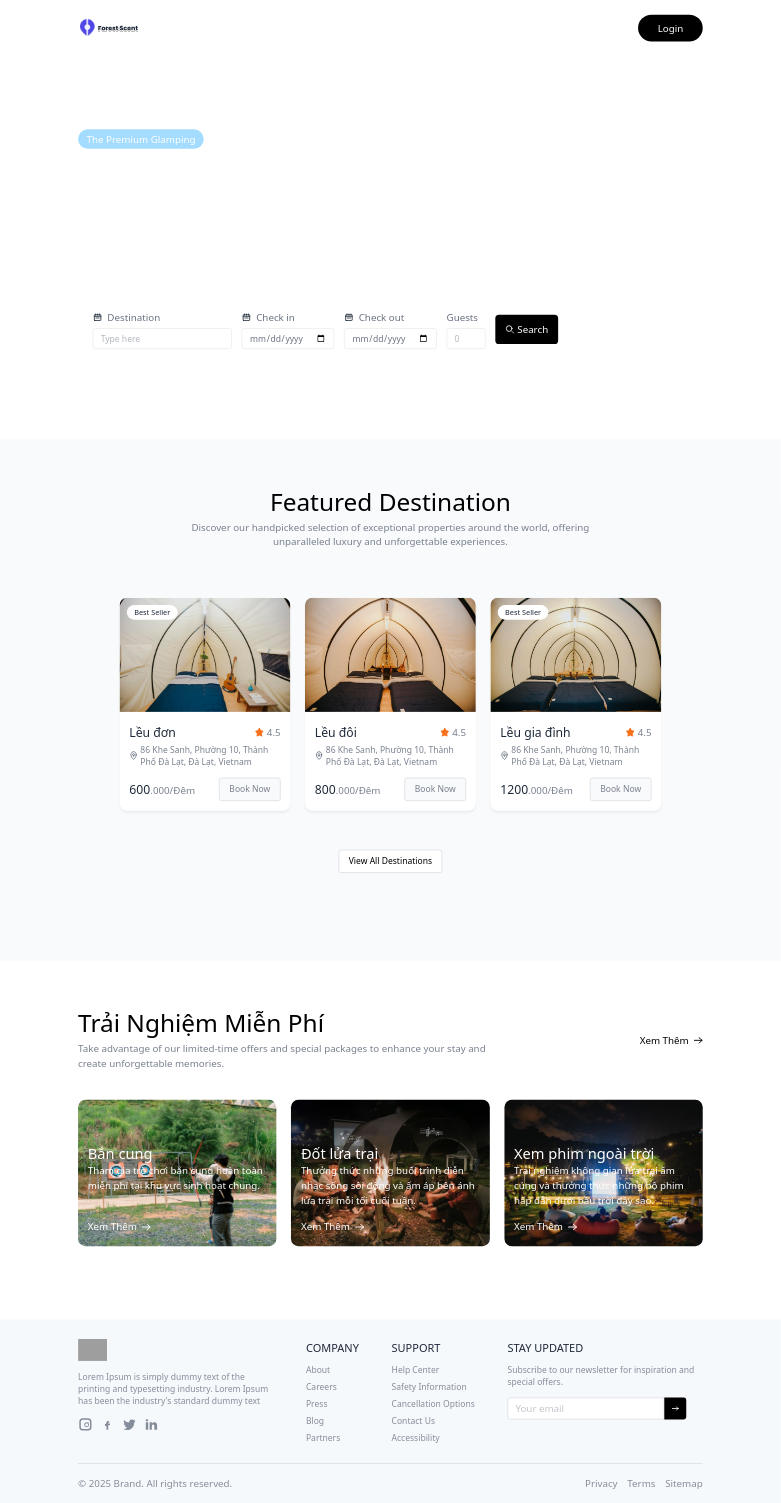
Repository: Ponn-Star/My-App
Page: / (app in FrontEnd/)
These files come from the project's save history. The page is drawn as it stood at one moment and after the next save; the edit follows.
The browser window is 1280 px wide. The pictures show the whole page, at 61% of full size.
Pictures or frames that could not be fetched are drawn as grey boxes. The page's requests for data from a server got no answer. The project was rebuilt for these pictures with package versions that can differ from the ones it lists, and the page was loaded fresh each time. Some packages were replaced by stand-ins written for this rebuild. No one was signed in, and anything a server would have sent is missing. Also part of the build but not shown: FrontEnd/vite.config.js, FrontEnd/src/assets/assets.js, FrontEnd/src/components/Admin/Navbar.jsx, FrontEnd/src/components/StarRating.jsx, FrontEnd/src/pages/AllRooms.jsx, FrontEnd/src/pages/RoomDetails.jsx, FrontEnd/src/pages/MyBookings.jsx, FrontEnd/src/components/Admin/Sidebar.jsx and 6 more.

Above is the page before, as saved 2025-06-05 17:04:24.

### FrontEnd/index.html
<!doctype html>
<html lang="en">
  <head>
    <meta charset="UTF-8" />
    <link rel="icon" type="image/svg+xml" href="/favicon.svg" />
    <meta name="viewport" content="width=device-width, initial-scale=1.0" />
    <title>Booking</title>
  </head>
  <body>
    <div id="root"></div>
    <script type="module" src="/src/main.jsx"></script>
  </body>
</html>

### FrontEnd/src/main.jsx
import { StrictMode } from 'react'
import { createRoot } from 'react-dom/client'
import './index.css'
import App from './App.jsx'
import { BrowserRouter } from 'react-router-dom'
import { ClerkProvider } from '@clerk/clerk-react'
import { AppProvider } from './conext/AppContext.jsx'

const PUBLISHABLE_KEY = import.meta.env.VITE_CLERK_PUBLISHABLE_KEY

if (!PUBLISHABLE_KEY) {
  throw new Error('Add your Clerk Publishable Key to the .env file')
}

createRoot(document.getElementById('root')).render(
  <ClerkProvider publishableKey={PUBLISHABLE_KEY} afterSignOutUrl="/">
    <BrowserRouter>
      <AppProvider>
        <App />
      </AppProvider>
    </BrowserRouter>
    </ClerkProvider>,
)

### FrontEnd/src/App.jsx
import React from 'react'
import Navbar from './components/Navbar'
import AdminNavbar from './components/Admin/Navbar'
import { Route, Routes, useLocation } from 'react-router-dom'
import Home from './pages/Home'
import AllRooms from './pages/AllRooms';
import RoomDetails from './pages/RoomDetails';
import Footer from './components/Footer';
import MyBookings from './pages/MyBookings';
import Layout from './pages/Admin/Layout';
import Dashboard from './pages/Admin/Dashboard';
import ListRoom from './pages/Admin/ListRoom';
import AddRoom from './pages/Admin/AddRoom';
import AdminRoute from './components/AdminRoute'
import { Toaster } from 'react-hot-toast';
import Loader from './components/Loader'

function App() {

  const location = useLocation();
  const isAdminRoute = location.pathname.startsWith('/admin');

  return (
    <div>
      <Toaster />
      {isAdminRoute ? <AdminNavbar /> : <Navbar />}
      <div className='min-h-[70vh]'>
        <Routes>
        <Route path='/' element={<Home />} />
        <Route path='/rooms' element={<AllRooms />} />
        <Route path='/rooms/:id' element={<RoomDetails />} />
        <Route path='/my-bookings' element={<MyBookings />} />
        <Route path='/loader/:nextUrl' element={<Loader/>} />

        <Route path='/admin' element={<Layout />}>
          <Route index element={
            <AdminRoute>
              <Dashboard />
            </AdminRoute>
          } />
          <Route path='add-room' element={
            <AdminRoute>
              <AddRoom />
            </AdminRoute>
          } />
          <Route path='list-room' element={
            <AdminRoute>
              <ListRoom />
            </AdminRoute>
          } />
        </Route>
      </Routes>
      </div>
      <Footer />
    </div>
  )
}

export default App

### FrontEnd/src/conext/AppContext.jsx
import axios from "axios";
import { createContext, useContext, useState } from "react";
import { useNavigate } from "react-router-dom";
import { useUser, useAuth} from "@clerk/clerk-react";
import { toast } from 'react-hot-toast';
import { useEffect } from "react";


axios.defaults.baseURL = import.meta.env.VITE_BACKEND_URL;

const AppContext = createContext();

export const AppProvider = ({ children }) => {

    const currency = import.meta.env.VITE_CURENCY || ".000 VND";
    const navigate = useNavigate();
    const {user} = useUser();
    const { getToken } = useAuth();

    const [isOwner, setIsOwner] = useState(false)
    const [showRoomReg, setRoomReg] = useState(false)
    const [searchedRoomType, setsearchedRoomType] = useState([])

    const fetchUser = async ()=>{
        try {
            const { data } = await axios.get('/api/user', {
                headers: { Authorization: `Bearer ${await getToken()}` }
            });

            if (data.success) {
                setIsOwner(data.role === "Admin");
                setsearchedRoomType(data.recentSearchedRoomType);
            } else {
                setTimeout(() => {
                fetchUser();
                }, 5000);
            }
            } catch (error) {
                toast.error(error.message)
            }
        }

        useEffect(()=> {
            if(user){
                fetchUser();
            }
        },[user])


  const value = {
        currency, navigate, user, getToken, isOwner, setIsOwner, axios, showRoomReg, setRoomReg, searchedRoomType, setsearchedRoomType
  }

  return (
    <AppContext.Provider value={value}>
      {children}
    </AppContext.Provider>
  )
}

export const useAppContext = ()=> useContext(AppContext);

### FrontEnd/src/pages/Home.jsx
import React from 'react'
import Hero from '../components/Hero'
import FeaturedDestination from '../components/FeaturedDestination'
import ExclusiveOffers from '../components/ExclusiveOffers'
// import Testimonial from '../components/Testimonial'

const Home = () => {
  return (
    <>
      <Hero />
      <FeaturedDestination />
      <ExclusiveOffers />
      {/* <Testimonial /> */}
    </>
  )
}

export default Home

### FrontEnd/src/components/Footer.jsx
import React from 'react'

const Footer = () => {
    return (
        <div className='bg-[#F6F9FC] text-gray-500/80 pt-8 px-6 md:px-16 lg:px-24 xl:px-32'>
            <div className='flex flex-wrap justify-between gap-12 md:gap-6'>
                <div className='max-w-80'>
                    <img src="https://raw.githubusercontent.com/prebuiltui/prebuiltui/main/assets/dummyLogo/dummyLogoColored.svg" alt="logo" className='mb-4 h-8 md:h-9' />
                    <p className='text-sm'>
                        Lorem Ipsum is simply dummy text of the printing and typesetting industry. Lorem Ipsum has been the industry's standard dummy text
                    </p>
                    <div className='flex items-center gap-3 mt-4'>
                        {/* Instagram */}
                        <svg className="w-6 h-6" fill="currentColor" viewBox="0 0 24 24">
                            <path d="M7.75 2A5.75 5.75 0 002 7.75v8.5A5.75 5.75 0 007.75 22h8.5A5.75 5.75 0 0022 16.25v-8.5A5.75 5.75 0 0016.25 2h-8.5zM4.5 7.75A3.25 3.25 0 017.75 4.5h8.5a3.25 3.25 0 013.25 3.25v8.5a3.25 3.25 0 01-3.25 3.25h-8.5a3.25 3.25 0 01-3.25-3.25v-8.5zm9.5 1a4 4 0 11-4 4 4 4 0 014-4zm0 1.5a2.5 2.5 0 102.5 2.5 2.5 2.5 0 00-2.5-2.5zm3.5-.75a.75.75 0 11.75-.75.75.75 0 01-.75.75z" />
                        </svg>
                        {/* Facebook */}
                        <svg className="w-6 h-6" fill="currentColor" viewBox="0 0 24 24">
                            <path d="M13.5 9H15V6.5h-1.5c-1.933 0-3.5 1.567-3.5 3.5v1.5H8v3h2.5V21h3v-7.5H16l.5-3h-3z" />
                        </svg>
                        {/* Twitter */}
                        <svg className="w-6 h-6" fill="currentColor" viewBox="0 0 24 24">
                            <path d="M22 5.92a8.2 8.2 0 01-2.36.65A4.1 4.1 0 0021.4 4a8.27 8.27 0 01-2.6 1A4.14 4.14 0 0016 4a4.15 4.15 0 00-4.15 4.15c0 .32.04.64.1.94a11.75 11.75 0 01-8.52-4.32 4.14 4.14 0 001.29 5.54A4.1 4.1 0 013 10v.05a4.15 4.15 0 003.33 4.07 4.12 4.12 0 01-1.87.07 4.16 4.16 0 003.88 2.89A8.33 8.33 0 012 19.56a11.72 11.72 0 006.29 1.84c7.55 0 11.68-6.25 11.68-11.67 0-.18 0-.35-.01-.53A8.18 8.18 0 0022 5.92z" />
                        </svg>
                        {/* LinkedIn */}
                        <svg className="w-6 h-6" fill="currentColor" viewBox="0 0 24 24">
                            <path d="M4.98 3.5C3.88 3.5 3 4.38 3 5.48c0 1.1.88 1.98 1.98 1.98h.02c1.1 0 1.98-.88 1.98-1.98C6.98 4.38 6.1 3.5 4.98 3.5zM3 8.75h3.96V21H3V8.75zm6.25 0h3.8v1.68h.05c.53-.98 1.82-2.02 3.75-2.02 4.01 0 4.75 2.64 4.75 6.07V21H17v-5.63c0-1.34-.03-3.07-1.88-3.07-1.88 0-2.17 1.47-2.17 2.98V21H9.25V8.75z" />
                        </svg>
                    </div>
                </div>

                <div>
                    <p className='text-lg text-gray-800'>COMPANY</p>
                    <ul className='mt-3 flex flex-col gap-2 text-sm'>
                        <li><a href="#">About</a></li>
                        <li><a href="#">Careers</a></li>
                        <li><a href="#">Press</a></li>
                        <li><a href="#">Blog</a></li>
                        <li><a href="#">Partners</a></li>
                    </ul>
                </div>

                <div>
                    <p className='text-lg text-gray-800'>SUPPORT</p>
                    <ul className='mt-3 flex flex-col gap-2 text-sm'>
                        <li><a href="#">Help Center</a></li>
                        <li><a href="#">Safety Information</a></li>
                        <li><a href="#">Cancellation Options</a></li>
                        <li><a href="#">Contact Us</a></li>
                        <li><a href="#">Accessibility</a></li>
                    </ul>
                </div>

                <div className='max-w-80'>
                    <p className='text-lg text-gray-800'>STAY UPDATED</p>
                    <p className='mt-3 text-sm'>
                        Subscribe to our newsletter for inspiration and special offers.
                    </p>
                    <div className='flex items-center mt-4'>
                        <input type="text" className='bg-white rounded-l border border-gray-300 h-9 px-3 outline-none' placeholder='Your email' />
                        <button className='flex items-center justify-center bg-black h-9 w-9 aspect-square rounded-r'>
                            {/* Arrow icon */}
                            <svg className="w-4 h-4 text-white" aria-hidden="true" xmlns="http://www.w3.org/2000/svg" width="24" height="24" fill="none" viewBox="0 0 24 24"><path stroke="currentColor" strokeLinecap="round" strokeLinejoin="round" strokeWidth="2" d="M19 12H5m14 0-4 4m4-4-4-4" /></svg>
                        </button>
                    </div>
                </div>
            </div>
            <hr className='border-gray-300 mt-8' />
            <div className='flex flex-col md:flex-row gap-2 items-center justify-between py-5'>
                <p>© {new Date().getFullYear()} Brand. All rights reserved.</p>
                <ul className='flex items-center gap-4'>
                    <li><a href="#">Privacy</a></li>
                    <li><a href="#">Terms</a></li>
                    <li><a href="#">Sitemap</a></li>
                </ul>
            </div>
        </div>
    );
};

export default Footer;

### FrontEnd/src/components/Hero.jsx
import React from 'react'
import { roomTypes } from '../assets/assets'

const Hero = () => {
  return (
    <div className='flex flex-col items-start justify-center px-6 md:px-16 lg:px-24 xl:px-32 text-white bg-[url("/src/assets/nen.jpg")] bg-no-repeat bg-cover bg-center h-screen'>
      <p className="bg-[#49B9FF]/50 px-3.5 py-1 rounded-full mt-20">The Premium Glamping</p>
      <h1 className="font-playfair text-2x1 md:text-5x1 md:text-[50px] md:leading-[56px] font-bold md:font-extrabold max-w-xl mt-4">CỰC CHILL CẮM TRẠI BBQ TRƯỚC LỀU!</h1>
      <p className="max-w-170 mt-2 text-sm md:text-base">Giữa rừng thông lặng lẽ, 𝐅𝐨𝐫𝐞𝐬𝐭 𝐒𝐜𝐞𝐧𝐭 𝐆𝐥𝐚𝐦𝐩𝐢𝐧𝐠 & 𝐂𝐚𝐦𝐩𝐢𝐧𝐠 không ồn ào, không vội vã, không deadline. Chỉ cần xách balo lên và để 𝐅𝐨𝐫𝐞𝐬𝐭 𝐒𝐜𝐞𝐧𝐭 lo. Mọi thứ đã sẵn sàng để bạn “nghỉ ngơi” đúng nghĩa</p>

      <form className='bg-white text-gray-500 rounded-lg px-6 py-4 flex flex-col md:flex-row max-md:items-start gap-4 max-md:mx-auto mt-10'>

            <div>
                <div className='flex items-center gap-2'>
                    <svg className="w-4 h-4 text-gray-800" aria-hidden="true" xmlns="http://www.w3.org/2000/svg" width="24" height="24" fill="none" viewBox="0 0 24 24" >
                        <path stroke="currentColor" strokeLinecap="round" strokeLinejoin="round" strokeWidth="2" d="M4 10h16M8 14h8m-4-7V4M7 7V4m10 3V4M5 20h14a1 1 0 0 0 1-1V7a1 1 0 0 0-1-1H5a1 1 0 0 0-1 1v12a1 1 0 0 0 1 1Z" />
                    </svg>
                    <label htmlFor="destinationInput">Destination</label>
                </div>
                <input list='destinations' id="destinationInput" type="text" className=" rounded border border-gray-200 px-3 py-1.5 mt-1.5 text-sm outline-none" placeholder="Type here" required />
                <datalist id='destinations'>
                  {roomTypes.map((city, index) => (
                    <option value={index} key={city}/>
                  ))}
                  /</datalist>
            </div>

            <div>
                <div className='flex items-center gap-2'>
                    <svg className="w-4 h-4 text-gray-800" aria-hidden="true" xmlns="http://www.w3.org/2000/svg" width="24" height="24" fill="none" viewBox="0 0 24 24" >
                        <path stroke="currentColor" strokeLinecap="round" strokeLinejoin="round" strokeWidth="2" d="M4 10h16M8 14h8m-4-7V4M7 7V4m10 3V4M5 20h14a1 1 0 0 0 1-1V7a1 1 0 0 0-1-1H5a1 1 0 0 0-1 1v12a1 1 0 0 0 1 1Z" />
                    </svg>
                    <label htmlFor="checkIn">Check in</label>
                </div>
                <input id="checkIn" type="date" className=" rounded border border-gray-200 px-3 py-1.5 mt-1.5 text-sm outline-none" />
            </div>

            <div>
                <div className='flex items-center gap-2'>
                    <svg className="w-4 h-4 text-gray-800" aria-hidden="true" xmlns="http://www.w3.org/2000/svg" width="24" height="24" fill="none" viewBox="0 0 24 24" >
                        <path stroke="currentColor" strokeLinecap="round" strokeLinejoin="round" strokeWidth="2" d="M4 10h16M8 14h8m-4-7V4M7 7V4m10 3V4M5 20h14a1 1 0 0 0 1-1V7a1 1 0 0 0-1-1H5a1 1 0 0 0-1 1v12a1 1 0 0 0 1 1Z" />
                    </svg>
                    <label htmlFor="checkOut">Check out</label>
                </div>
                <input id="checkOut" type="date" className=" rounded border border-gray-200 px-3 py-1.5 mt-1.5 text-sm outline-none" />
            </div>

            <div className='flex md:flex-col max-md:gap-2 max-md:items-center'>
                <label htmlFor="guests">Guests</label>
                <input min={1} max={4} id="guests" type="number" className=" rounded border border-gray-200 px-3 py-1.5 mt-1.5 text-sm outline-none  max-w-16" placeholder="0" />
            </div>

            <button className='flex items-center justify-center gap-1 rounded-md bg-black py-3 px-4 text-white my-auto cursor-pointer max-md:w-full max-md:py-1' >
                <svg className="w-4 h-4 text-white" aria-hidden="true" xmlns="http://www.w3.org/2000/svg" width="24" height="24" fill="none" viewBox="0 0 24 24" >
                    <path stroke="currentColor" strokeLinecap="round" strokeWidth="2" d="m21 21-3.5-3.5M17 10a7 7 0 1 1-14 0 7 7 0 0 1 14 0Z" />
                </svg>
                <span>Search</span>
            </button>
        </form>
    </div>
  )
}

export default Hero

### FrontEnd/src/components/FeaturedDestination.jsx
import React from 'react'
import HotelCard from './HotelCard'
import { Rooms } from '../assets/assets'
import Title from './Title'
import { useNavigate } from 'react-router-dom'

const FeaturedDestination = () => {

  const navigate = useNavigate()

  return (
    <div className='flex flex-col items-center px-6 md:px-16 lg:px-24 bg-slate-50 py-20'>

        <Title title='Featured Destination' subTitle='Discover our handpicked selection of exceptional properties around the world, offering unparalleled luxury and unforgettable experiences.' />

        <div className='flex flex-wrap items-center justify-between gap-6 mt-20'>
        {Rooms.slice(0, 4).map((room, index) => (
            <HotelCard key={room._id} room={room} index={index} />
        ))}
        </div>

        <button onClick={() => { navigate('/rooms'); scrollTo(0, 0); }}
        className="my-16 px-4 py-2 text-sm font-medium border border-gray-300 rounded bg-white hover:bg-gray-50 transition-all cursor-pointer">
          View All Destinations
        </button>
    </div>
  )
}

export default FeaturedDestination

### FrontEnd/src/components/ExclusiveOffers.jsx
import React from 'react'
import Title from './Title'
import { assets, services } from '../assets/assets'

const ExclusiveOffers = () => {
  return (
    <div className='flex flex-col items-center px-6 md:px-16 lg:px-24 xl:px-32 pt-20 pb-30'>
      <div className='flex flex-col md:flex-row items-center justify-between w-full'>
        <Title align='left' title='Trải Nghiệm Miễn Phí' subTitle='Take advantage of our limited-time offers and special packages to enhance your stay and create unforgettable memories.'/>
        <button className='group flex items-center gap-2 font-medium cursor-pointer max-md:mt-12'>
            Xem Thêm
            <img src={assets.arrowIcon} alt="arrow-icon"
            className='group-hover:translate-x-1 transition-all'/>
        </button>
      </div>

      <div className='grid grid-cols-1 md:grid-cols-2 lg:grid-cols-3 gap-6 mt-12'>
        {services.map((item) => (
            <div key={item._id} className='group relative flex flex-col items-start justify-between gap-1 pt-12 md:pt-18 px-4 rounded-xl text-white bg-no-repeat bg-cover bg-center'
            style={{ backgroundImage: `url(${item.image})` }}>
                <div>
                    <p className='text-2xl font-medium font-playfair'>{item.title}</p>
                    <p>{item.description}</p>
                </div>
                <button className='flex items-center gap-2 font-medium cursor-pointer mt-4 mb-5'>
                    Xem Thêm
                    <img className='invert group-hover:translate-x-1 transition-all'
                    src={assets.arrowIcon} alt=""
                    />
                </button>
            </div>
        ))}
      </div>
    </div>
  )
}

export default ExclusiveOffers

### FrontEnd/src/components/Title.jsx
import React from 'react'

const Title = ({title, subTitle, align, font}) => {
    return (
        <div className={`flex flex-col justify-center items-center text-center ${align === "left" && "md:items-start md:text-left"}`}>
          <h1 className={`text-4xl md:text-[40px] ${font || "font-playfair"}`}>{title}</h1>
          <p className="text-sm md:text-base text-gray-500/90 mt-2 max-w-174">{subTitle}</p>
        </div>
  )
}

export default Title

### FrontEnd/src/components/HotelCard.jsx
import React from 'react'
import { Link } from 'react-router-dom'
import { assets } from '../assets/assets'

const HOTEL_NAME = "Forest Scent Glamping"
const HOTEL_ADDRESS = "86 Khe Sanh, Phường 10, Thành Phố Đà Lạt, Đà Lạt, Vietnam"

const HotelCard = ({ room, index }) => {
  return (
    <Link
      to={'/room/' + room._id}
      onClick={() => window.scrollTo(0, 0)}
      className='relative max-w-70 w-full rounded-xl overflow-hidden bg-white text-gray-500/90 shadow-[0px_4px_4px_rgba(0,0,0,0.05)]'
    >
      <img src={room.images[0]} alt={room.roomType} className="w-full object-cover" />

      {index % 2 === 0 && (
        <p className='px-3 py-1 absolute top-3 left-3 text-xs bg-white text-gray-800 font-medium rounded-full'>
          Best Seller
        </p>
      )}

      <div className='p-4 pt-5'>
        <div className='flex items-center justify-between'>
          <p className='font-playfair text-xl font-medium text-gray-800'>{room.roomType}</p>
          <div className='flex items-center gap-1'>
            <img src={assets.starIconFilled} alt="star-icon" className="w-4 h-4" /> 4.5
          </div>
        </div>

        <div className='flex items-center gap-1 text-sm mt-1'>
          <img src={assets.locationIcon} alt="location-icon" className="w-4 h-4" />
          <span>{HOTEL_ADDRESS}</span>
        </div>

        <div className='flex items-center justify-between mt-4'>
          <p>
            <span className='text-xl text-gray-800'>{room.pricePerNight}</span>.000/Đêm
          </p>
          <button className='px-4 py-2 text-sm font-medium border border-gray-300 rounded bg-gray-50 transition-all cursor-pointer'>
            Book Now
          </button>
        </div>
      </div>
    </Link>
  )
}

export default HotelCard

Loaded but not shown: FrontEnd/src/index.css (common file); FrontEnd/src/components/Navbar.jsx (125 lines, source omitted)

After the next save:
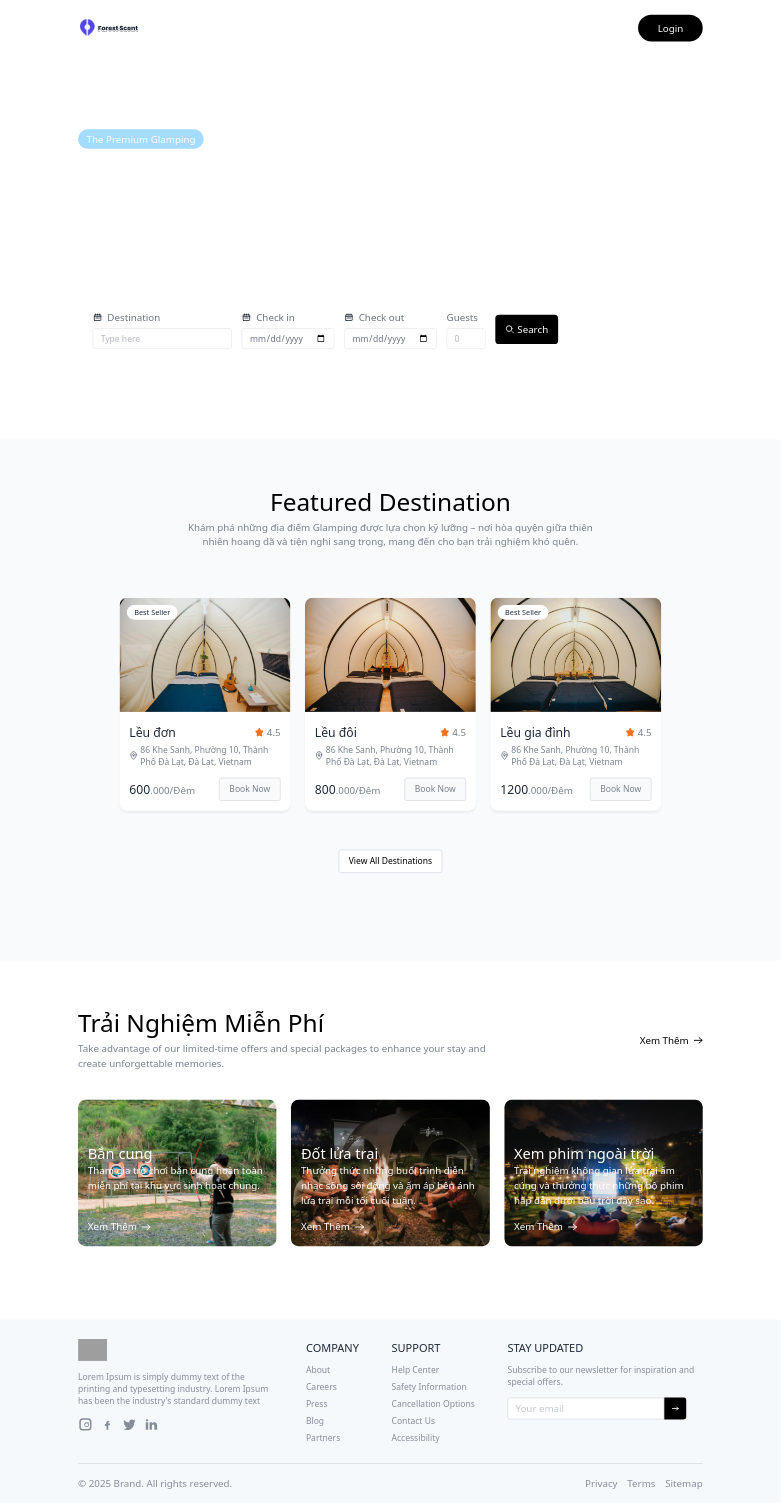
Saved 7 h 2 min later.
--- a/FrontEnd/src/components/FeaturedDestination.jsx
+++ b/FrontEnd/src/components/FeaturedDestination.jsx
@@ -11,7 +11,7 @@ const FeaturedDestination = () => {
   return (
     <div className='flex flex-col items-center px-6 md:px-16 lg:px-24 bg-slate-50 py-20'>
 
-        <Title title='Featured Destination' subTitle='Discover our handpicked selection of exceptional properties around the world, offering unparalleled luxury and unforgettable experiences.' />
+        <Title title='Featured Destination' subTitle='Khám phá những địa điểm Glamping được lựa chọn kỹ lưỡng – nơi hòa quyện giữa thiên nhiên hoang dã và tiện nghi sang trọng, mang đến cho bạn trải nghiệm khó quên.' />
 
         <div className='flex flex-wrap items-center justify-between gap-6 mt-20'>
         {Rooms.slice(0, 4).map((room, index) => (
